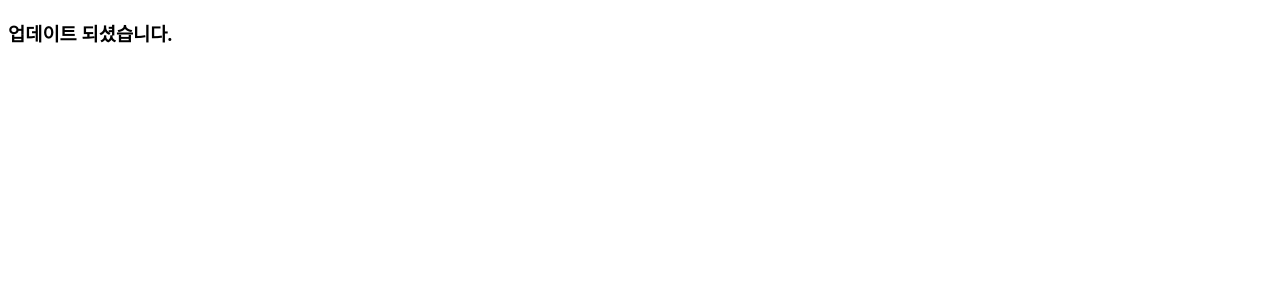
Repository: zeroj-0/eclipseProjects
Page: http://localhost/jv301/mod010/success_update.jsp
An editor plug-in stored every save of this project. The page is shown before and after the next save, followed by the edit.
The browser window is 1280 px wide. The pictures show the whole page.
The page is served by Tomcat 9. Other server files are loaded and not shown.

Above is the page before, as saved 2022-07-08 02:52:55.

### jv301/src/main/webapp/mod010/success_update.jsp
<%@ page language="java" contentType="text/html; charset=UTF-8"
    pageEncoding="UTF-8"%>
<!DOCTYPE html>
<html>
<head>
<meta charset="UTF-8">
<title>Insert title here</title>
</head>
<body>
<h3>업데이트 되셨습니다.</h3>
</body>
</html>

### jv301/src/main/webapp/incl/menu.jsp
<%@ page language="java" contentType="text/html; charset=UTF-8"  pageEncoding="UTF-8"%>

<div class="gnb">
	<ul>
		<li><a href="add_user.jsp">Form</a></li>
		<li><a href="login">Login</a></li>
		<li><a href="user_list.do">List</a></li>
	</ul>
</div>

### jv301/src/main/webapp/incl/banner.jsp
<%@ page language="java" contentType="text/html; charset=UTF-8"  pageEncoding="UTF-8"%>
<%@page import="java.net.URLDecoder"%>
<div id="banner">
	<%-- <h4><%= request.getParameter("subtitle") %></h4> --%>
	<h4><%=URLDecoder.decode(request.getParameter("subtitle"), "UTF-8")%></h4>
</div>

### jv301/src/main/webapp/mod010/fixmethod.css
@charset "UTF-8";
* { box-sizing: border-box; margin: 0; padding: 0;}
ul, li {list-style: none;}
a {text-decoration: none; color: #333;}

.gnb {
  width: 100%;
  height: 70px;
  float: left;
  padding-left: 20%;
}
ul li {
  float: left;
  height: 100%;
  margin-left: 30px;
}
ul li:first-child {
  margin-left: 0;
}

a {
  line-height: 70px;
  font-size: 20px;
}
a:hover {
  color: #000;
  font-weight: 600;
}
#header {
	height: 100px;
	width: 100%;
	text-align: center;
	font-size: 20px;
	line-height: 100px;
}
#footer {
	margin-top: 100px;
	text-align: center;
}

### jv301/src/main/webapp/mod010/style.css
@charset "UTF-8";
* { box-sizing: border-box; margin: 0; padding: 0;}
ul, li {list-style: none;}
a {text-decoration: none; color: #333;}

.container {
  padding-top: 60px;
  display: flex;
  flex-wrap: wrap;
  height: 100%;
  width: 700px;
  margin: 0 auto;
}
form {
  width: 100%;
}
h3 {
  font-size: 25px;
  width: 100%;
}
.d {
  height: 50px;
  width: 100%;
  display: flex;
  justify-content: left;
  align-items: center;
  margin-top: 10px;
}
.d > input {
  height: 35px;
  line-height: 35px;
  padding-left: 5px;

}
select {
  height: 35px;
  width: 150px;
  font-size: 15px;
}
span.email {
  margin: 0 5px;
}
.checkbox-layout {
  height: 100px;
}
.inner-box {
  margin: 0;
  display: block;
  width: 100%;
  height: 100%;
}
.inner-box h2 {
  width: 100%;
}
.box {
  display: inline-block;
  width: 18%;
  position: relative;
  overflow: hidden;
}
.box label {
  position: absolute;
  top: 14px;
  left: 20px;
}
.box input {
  height: 50px;
}
span {
  font-size: 18px;
  font-weight: 400;
  color: #333;
}
.btn {
  justify-content: center;
  width: 80px;
  height: 40px;
  margin: 0 auto;
  background: #f9f9f9;
  border-radius: 12px;
  border: 1px solid #000;
  margin-top: 20px;
}
button {
	border-style: none;
}
button.btn-inner {
  border-style: none;
  height: 40px;
  width: 75px;
  font-size:20px;
  background: none;
  cursor: pointer;
}
.address1 {
	width: 250px;
	margin-right: 10px;
}

.title {
	width: 100%;
	text-align: center;
	height: 80px;
	line-height: 80px;
}

After the next save:
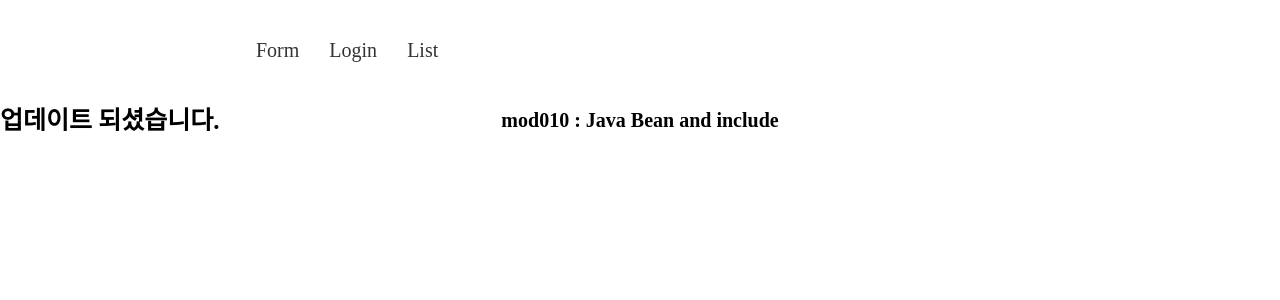
Saved 26 s later.
--- a/jv301/src/main/webapp/mod010/success_update.jsp
+++ b/jv301/src/main/webapp/mod010/success_update.jsp
@@ -5,8 +5,16 @@
 <head>
 <meta charset="UTF-8">
 <title>Insert title here</title>
+<link rel="stylesheet" href="./fixmethod.css">
+  <link rel="stylesheet" href="./style.css">
 </head>
 <body>
+<div id="header">
+			<%@ include file="/incl/menu.jsp" %>
+			<jsp:include page="/incl/banner.jsp">
+				<jsp:param name="subtitle" value="mod010 : Java Bean and include" />
+			</jsp:include>
+		</div>
 <h3>업데이트 되셨습니다.</h3>
 </body>
 </html>
